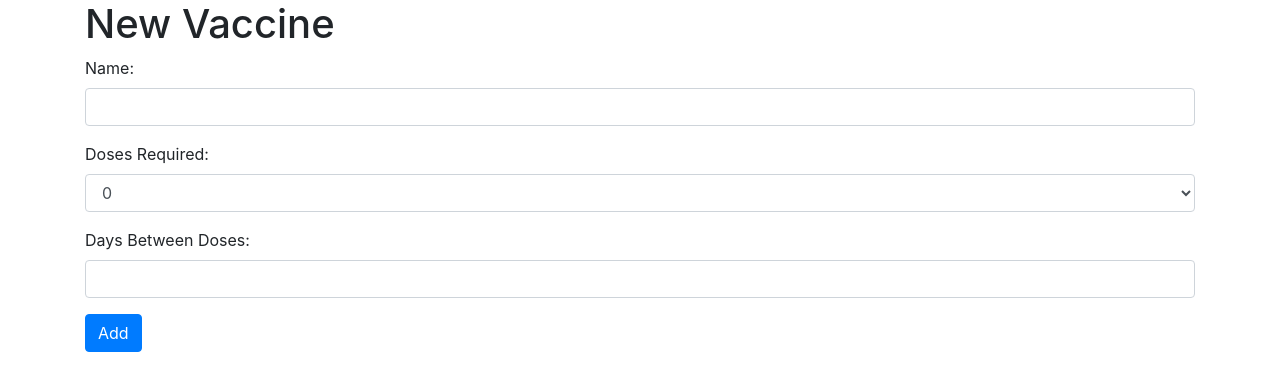
Repository: Thangtran1100/School-Stuff
Page: http://localhost/lab9/NewVaccine
An editor plug-in stored every save of this project. The page is shown before and after the next save, followed by the edit.
The browser window is 1280 px wide. The pictures show the whole page.
The page is served by Tomcat 9.

Above is the page before, as saved 2023-03-27 22:46:13.

After the next save:
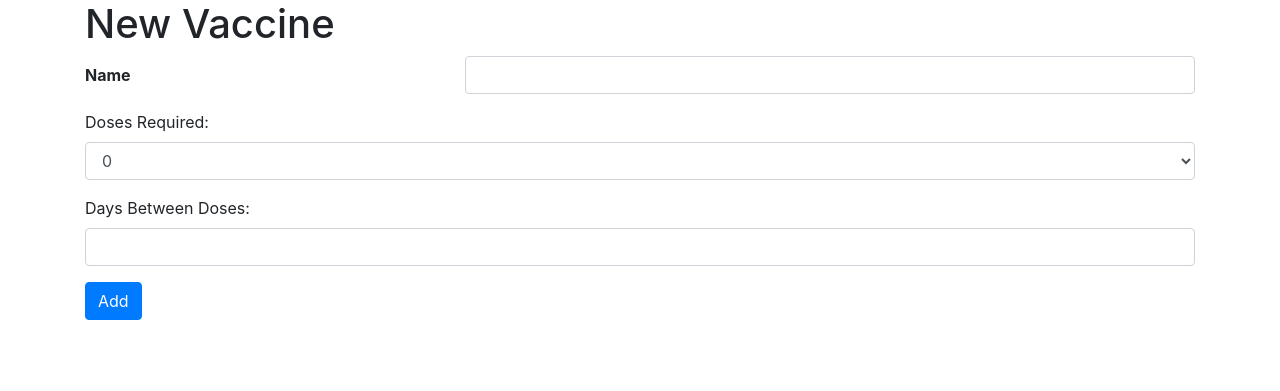
Saved 4 min 34 s later.
--- a/Spring 2023/CS3220/Assignments/3220-Lab9-App/lab9/src/main/webapp/NewVaccine.jsp
+++ b/Spring 2023/CS3220/Assignments/3220-Lab9-App/lab9/src/main/webapp/NewVaccine.jsp
@@ -13,9 +13,13 @@
 	<div class="container">
 		<h1>New Vaccine</h1>
 		<form action="NewVaccine" method="post">
-			<div class="form-group">
-				<label for="name">Name:</label> <input type="text" name="name"
-					class="form-control" id="name">
+
+			<div class="form-group row">
+				<label for="name"
+					class="col-lg-4 font-weight-bold col-form-label control-label">Name</label>
+				<div class="col-lg-8">
+					<input type="text" name="name" class="form-control" id="name">
+				</div>
 			</div>
 			<div class="form-group">
 				<label for="dose">Doses Required:</label> <select name="dose"
